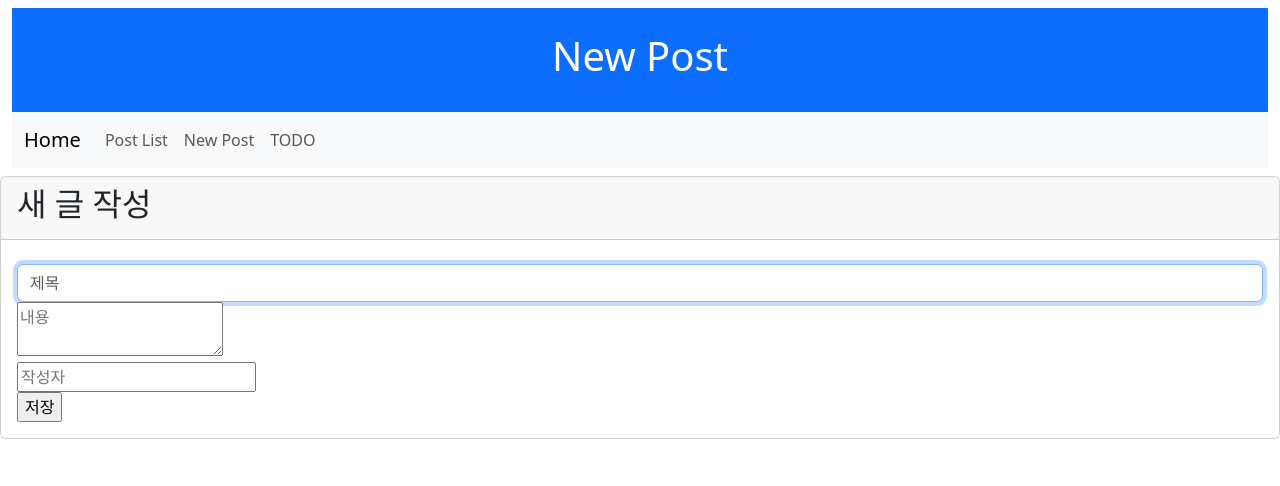
Repository: ldj0905/javaproject
Page: http://localhost/lab05_jsp/post/create
These files come from the project's save history. The page is drawn as it stood at one moment and after the next save; the edit follows.
The browser window is 1280 px wide. The pictures show the whole page.
The page is served by Tomcat 10. Other server files are loaded and not shown.

Above is the page before, as saved 2024-05-29 02:50:04.

### lab05_jsp/src/main/webapp/WEB-INF/views/post/create.jsp
<%@ page language="java" contentType="text/html; charset=UTF-8"
    pageEncoding="UTF-8" trimDirectiveWhitespaces="true"%>
<%@ taglib prefix="c" uri="jakarta.tags.core" %>
<!DOCTYPE html>
<html>
<head>
    <meta charset="UTF-8">
    <meta name="viewport" content="width=device-width, initial-scale=1">
    <title>Insert title here</title>
    <link href="https://cdn.jsdelivr.net/npm/bootstrap@5.3.3/dist/css/bootstrap.min.css"
     rel="stylesheet"
     integrity="sha384-QWTKZyjpPEjISv5WaRU9OFeRpok6YctnYmDr5pNlyT2bRjXh0JMhjY6hW+ALEwIH"
     crossorigin="anonymous">
</head>
<body>
    <div class = "container-fluid">
        <c:set var ="pageTitle" value = "New Post" scope = "page"/> <!-- 변수를 선언하겠다 ! -->
        <%@ include file = "../fragments/header.jspf" %> <!-- 헤더 jspf포함시키기 -->
    </div>
    <main>
        <div class = "mt-2 card">
            <div class = "card-header">
                <h2>새 글 작성</h2>
            </div>
            <div class="card-body">
                <c:url var = "newPostPage" value="/post/create" />
                <form method="post" action ="${newPostPage}"></form> <!-- 왜 포스트 방식으로보냄 -->
                    <div class="mt-2">
                        <input class="form-control"
                        type ="text" name="title" placeholder="제목"
                            required autofocus />
                    </div>
                    <div>
                        <textarea row="5" name="content"placeholder="내용" required></textarea> <!-- 얘가 글상자 -->
                    </div>
                    <div>
                        <input type="text" name="author" placeholder="작성자" required/>
                    </div>
                    <div>
                        <input type = "submit" value="저장"/>
                    </div>
            </div>
        </div>
    </main>
    <script src="https://cdn.jsdelivr.net/npm/bootstrap@5.3.3/dist/js/bootstrap.bundle.min.js"
    integrity="sha384-YvpcrYf0tY3lHB60NNkmXc5s9fDVZLESaAA55NDzOxhy9GkcIdslK1eN7N6jIeHz"
    crossorigin="anonymous"></script>
</body>
</html>

### lab05_jsp/src/main/webapp/WEB-INF/views/fragments/header.jspf
<%@ page language="java" contentType="text/html; charset=UTF-8"
    pageEncoding="UTF-8" trimDirectiveWhitespaces="true"%>
<%@ taglib prefix="c" uri="jakarta.tags.core" %>

<header class="mt-2 p-4 bg-primary text-white text-center">
    <h1>${pageTitle}</h1>
</header>

<nav class="navbar navbar-expand-lg bg-body-tertiary">
    <div class="container-fluid">
        <c:url var="homePage" value="/" />
        <a class="navbar-brand" href="${homePage}">Home</a>
        <button class="navbar-toggler" type="button"
            data-bs-toggle="collapse" data-bs-target="#navbarNav"
            aria-controls="navbarNav" aria-expanded="false"
            aria-label="Toggle navigation">
            <span class="navbar-toggler-icon"></span>
        </button>
        <div class="collapse navbar-collapse" id="navbarNav">
            <ul class="navbar-nav">
                <li class="nav-item">
                    <c:url var="postListPage" value="/post/list" />
                    <a class="nav-link" href="${postListPage}">Post List</a>
                </li>
                <li class="nav-item">
                    <c:url var="newPostPage" value="/post/create" />
                    <a class="nav-link" href="${newPostPage}">New Post</a>
                </li>
                <li class="nav-item">
                    <a class="nav-link" href="#">TODO</a>
                </li>
            </ul>
        </div>
    </div>
</nav>

### lab05_jsp/src/main/java/com/itwill/lab05/web/PostCreateController.java
package com.itwill.lab05.web;

import java.io.IOException;

import org.slf4j.Logger;
import org.slf4j.LoggerFactory;

import jakarta.servlet.ServletException;
import jakarta.servlet.annotation.WebServlet;
import jakarta.servlet.http.HttpServlet;
import jakarta.servlet.http.HttpServletRequest;
import jakarta.servlet.http.HttpServletResponse;
//HttpServlet 상속받기
@WebServlet(name = "PostCreateController",urlPatterns = {"/post/create"}) // <<< 얘 왜하는건지 생각좀 해보기
public class PostCreateController extends HttpServlet{
	private static final long serialVersionUID = 1L;

	private static final Logger log = LoggerFactory.getLogger(PostCreateController.class); // 얘는 왜 쓰는거고 클래스이름은 왜넣는지


	//링크를 클릭해서 들어오는거는 GET방식임
	@Override
	protected void doGet(HttpServletRequest req, HttpServletResponse resp) throws ServletException, IOException {
		log.debug("doGet()");
		//TODO 새 글을 작성할 수있는 폼(양식)을 작성하는 뷰(JSP)로 이동 시켜주는 역할.
		//JSP로 이동시키는이유 -> 귀찮아서
		req.getRequestDispatcher("/WEB-INF/views/post/create.jsp").forward(req, resp); //주소 왜 WEB-INF 부터 ?
	}



}

After the next save:
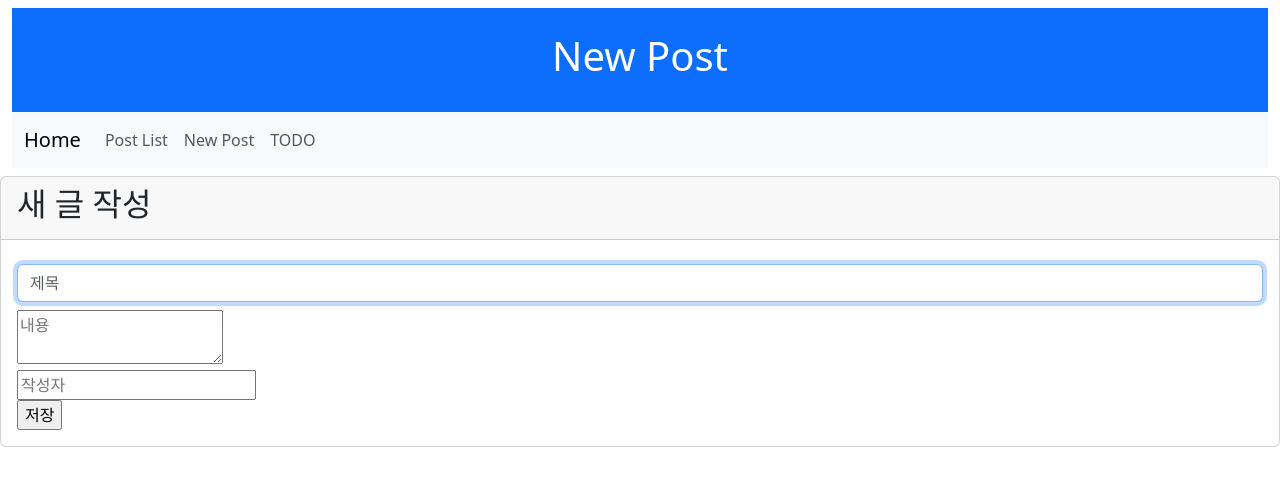
Saved 52 s later.
--- a/lab05_jsp/src/main/webapp/WEB-INF/views/post/create.jsp
+++ b/lab05_jsp/src/main/webapp/WEB-INF/views/post/create.jsp
@@ -30,7 +30,7 @@
                         type ="text" name="title" placeholder="제목"
                             required autofocus />
                     </div>
-                    <div>
+                    <div class = "mt-2">
                         <textarea row="5" name="content"placeholder="내용" required></textarea> <!-- 얘가 글상자 -->
                     </div>
                     <div>
